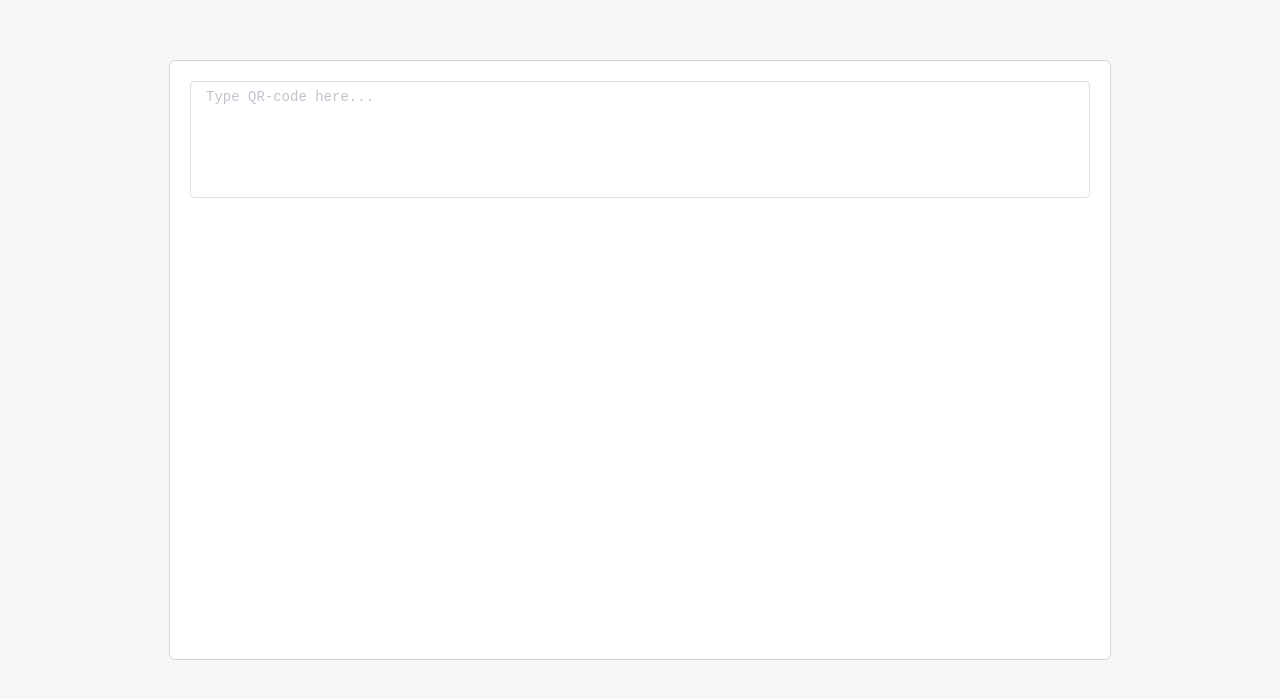
Repository: dvasyliev/qrcode_parser
Page: /
The author's editor kept a copy of each file at every save. The page is drawn from the files as they stood at one save, then again after the next save.
The browser window is 1280 px wide. The pictures show the whole page.
The project was rebuilt for these pictures with package versions that can differ from the ones it lists, and the page was loaded fresh each time.

Above is the page before, as saved 2018-08-26 10:22:03.

After the next save:
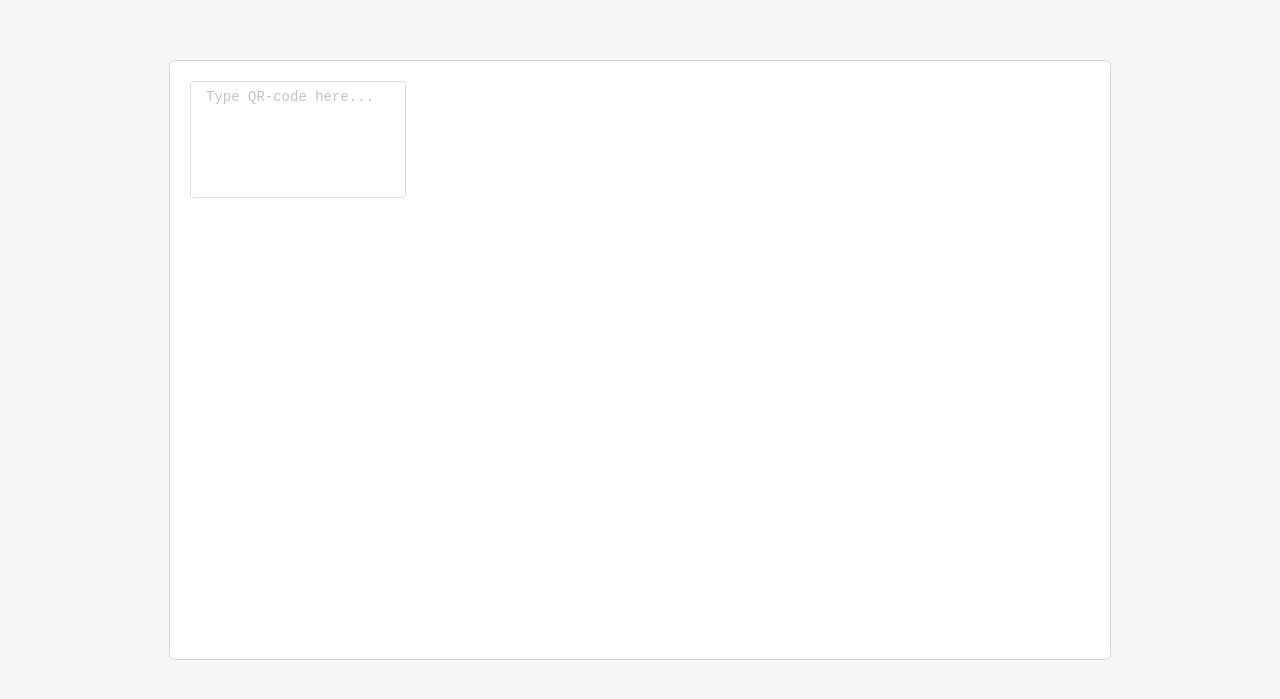
Saved 69 s later.
--- a/src/App.vue
+++ b/src/App.vue
@@ -2,13 +2,16 @@
   <div id="app">
     <div class="page">
       <div class="page__inner">
-        <el-input
-          v-model="qrcode"
-          type="textarea"
-          placeholder="Type QR-code here..."
-          resize="none"
-          :rows="5"/>
-          {{ qrcode }}
+        <el-row>
+          <el-col :span="24">
+            <el-input
+              v-model="qrcode"
+              type="textarea"
+              placeholder="Type QR-code here..."
+              resize="none"
+              :rows="5"/>
+          </el-col>
+        </el-row>
       </div>
     </div>
   </div>
